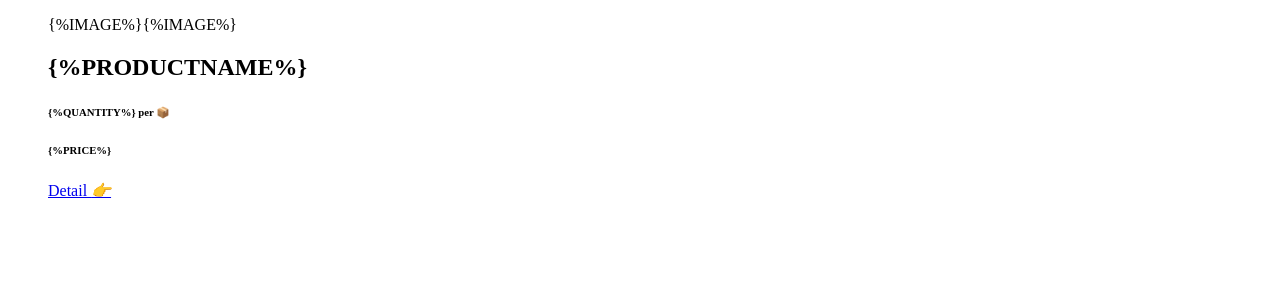
Repository: baolequang94/natour
Page: 1-node-farm/starter/templates/template-card.html
These files come from the project's save history. The page is drawn as it stood at one moment and after the next save; the edit follows.
The browser window is 1280 px wide. The pictures show the whole page.

Above is the page before, as saved 2022-05-25 22:17:01.

### 1-node-farm/starter/templates/template-card.html
<figure class="card">
  <div class="card__emoji">{%IMAGE%}{%IMAGE%}</div>
  <div class="card__title-box">
    <h2 class="card__title">{%PRODUCTNAME%}</h2>
  </div>

  <div class="card__details">
    <div class="card__detail-box">
      <h6 class="card__detail">{%QUANTITY%} per 📦</h6>
    </div>

    <div class="card__detail-box">
      <h6 class="card__detail card__detail--price">{%PRICE%}</h6>
    </div>
  </div>

  <a class="card__link" href="#/product?id={%ID%}">
    <span>Detail <i class="emoji-right">👉</i></span>
  </a>
</figure>

After the next save:
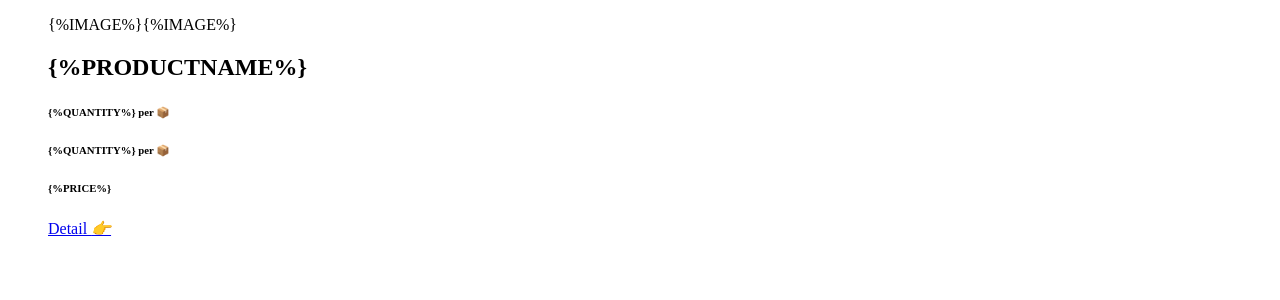
Saved 43 s later.
--- a/1-node-farm/starter/templates/template-card.html
+++ b/1-node-farm/starter/templates/template-card.html
@@ -5,7 +5,11 @@
   </div>
 
   <div class="card__details">
-    <div class="card__detail-box">
+    <div class="card__detail-box {%NOT_ORGANIC%}">
+      <h6 class="card__detail">{%QUANTITY%} per 📦</h6>
+    </div>
+
+    <div class="card__detail-box {%NOT_ORGANIC%}">
       <h6 class="card__detail">{%QUANTITY%} per 📦</h6>
     </div>
 
